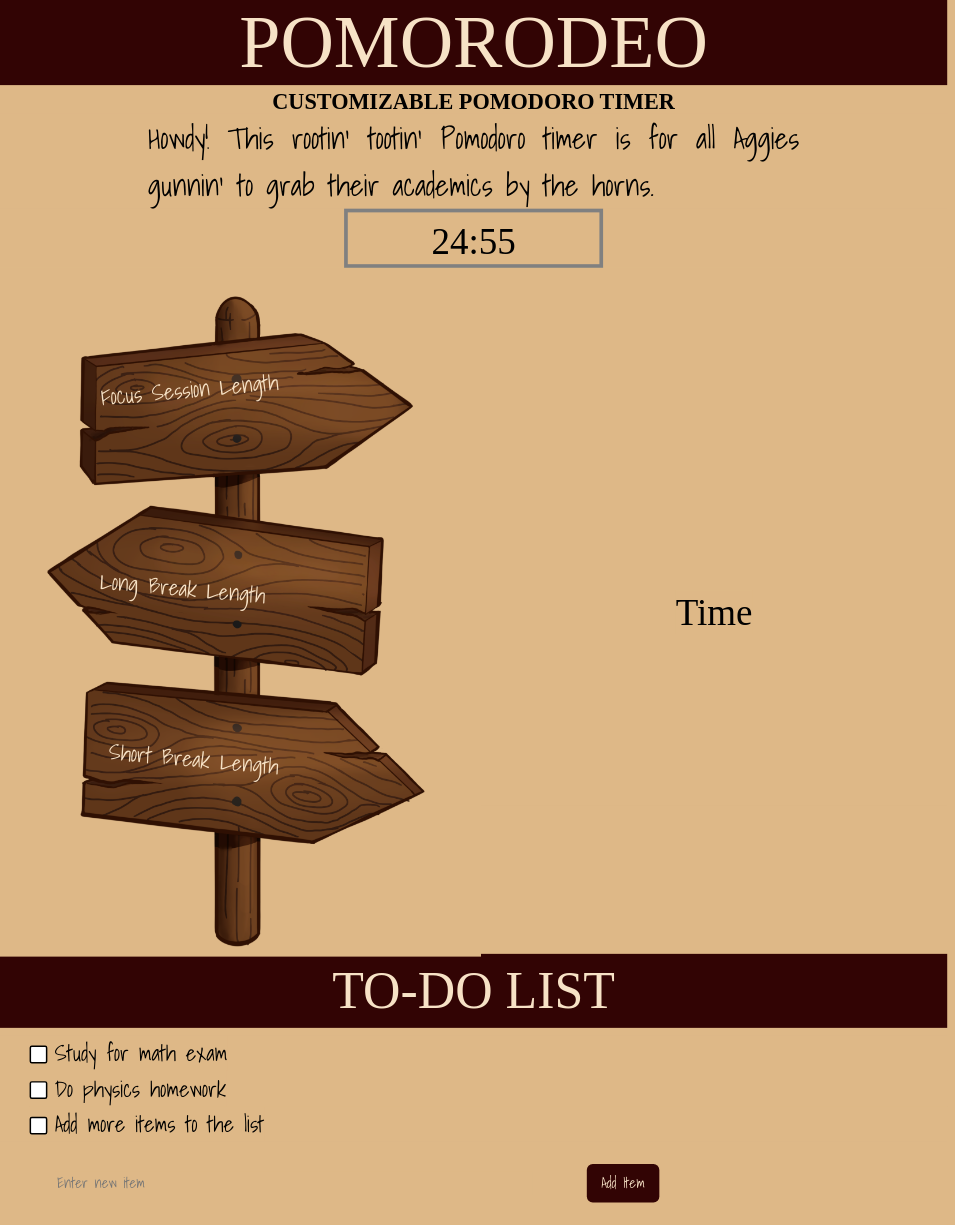
Repository: riya10483/pomodoro
Page: pomorodeo.html
An editor plug-in stored every save of this project. The page is shown before and after the next save, followed by the edit.
The browser window is 1280 px wide. The page is 1290 px wide, so the pictures cover 1290 px, including what lies to the right of the window. The pictures show the whole page, at 74% of full size.
Some web fonts or font styles are not loaded; a fallback is used.

Above is the page before, as saved 2024-09-29 00:00:48.
Console error: SyntaxError: Identifier 'startTiming' has already been declared

After the next save:
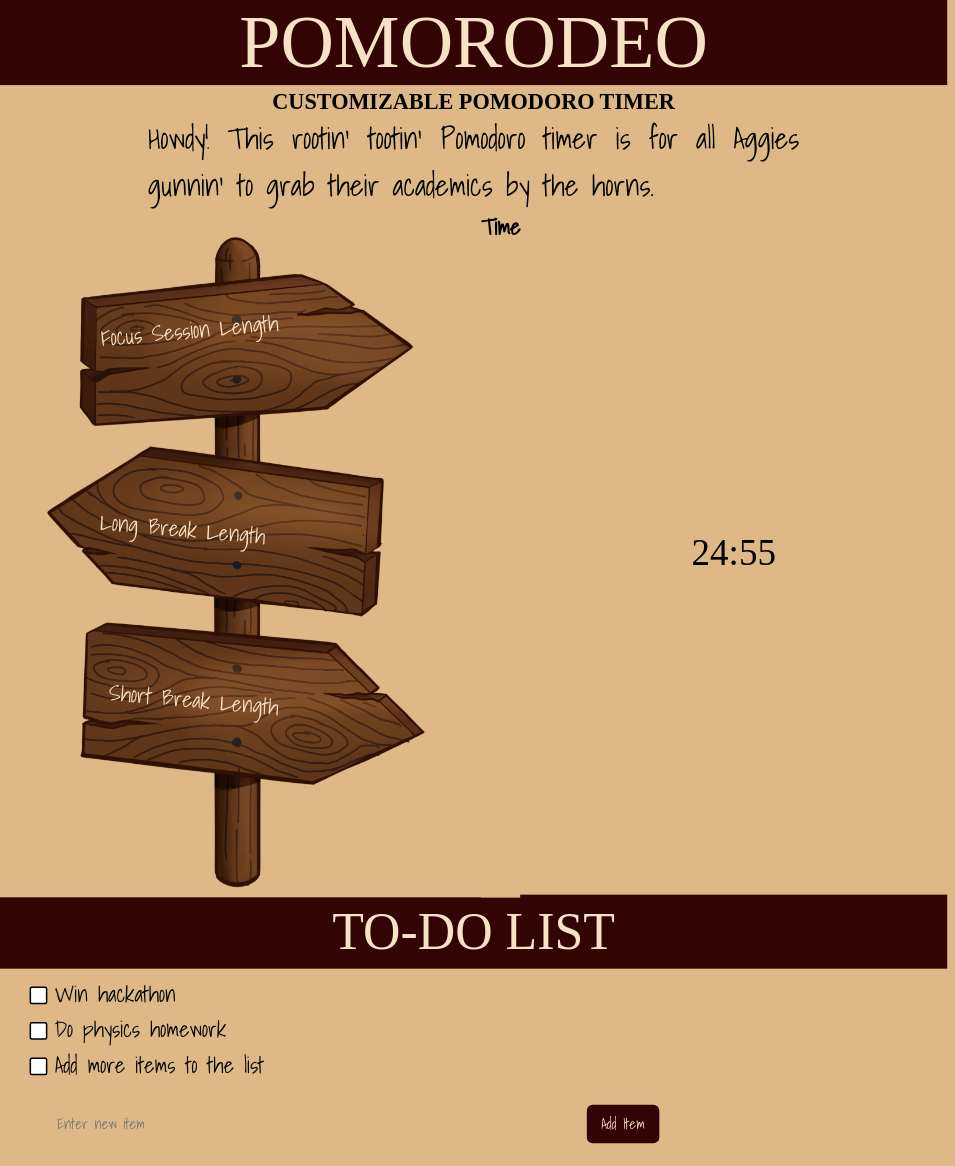
Saved 17 s later.
--- a/pomorodeo.html
+++ b/pomorodeo.html
@@ -1,5 +1,6 @@
 <!DOCTYPE html>
 <html lang="en">
+
 <head>
     <meta charset="UTF-8">
     <style>
@@ -19,26 +20,27 @@
 
 <body>
 
-<h1 class="title">POMORODEO</h1>
-<h2 class="heading">CUSTOMIZABLE POMODORO TIMER</h2>
-<p class = "paragraph">Howdy! This rootin' tootin' Pomodoro timer is for all
-    Aggies gunnin' to grab their academics by the horns.
-</p>
-<p id="timer" class = "timer_border">Timer</p>
-<div class="image-and-text">
-    <img src="wood.png" id="wooden-sign" alt="Wild West Sign" width="650px">
-    <p id="timer">Time</p>
-</div>
+    <h1 class="title">POMORODEO</h1>
+    <h2 class="heading">CUSTOMIZABLE POMODORO TIMER</h2>
+    <p class="paragraph">Howdy! This rootin' tootin' Pomodoro timer is for all
+        Aggies gunnin' to grab their academics by the horns.
+    </p>
 
-<div class="sign-labels">
-    <p class="focus-session">Focus Session Length<br><br><br><br><br><br></p>
-    <p class="long-break">Long Break Length<br><br><br><br><br></p>
-    <p class="short-break">Short Break Length</p>
-</div>
+    <div class="image-and-text">
+        <img src="wood.png" id="wooden-sign" alt="Wild West Sign" width="650px">
+        <h3>Time</h3>
+        <p id="timer">Time</p>
+    </div>
+
+    <div class="sign-labels">
+        <p class="focus-session">Focus Session Length<br><br><br><br><br><br></p>
+        <p class="long-break">Long Break Length<br><br><br><br><br></p>
+        <p class="short-break">Short Break Length</p>
+    </div>
 
 <div id="todo">TO-DO LIST</div>
     <ul id="checklist">
-        <li><input type="checkbox" id="item1"><label for="item1">Study for math exam</label></li>
+        <li><input type="checkbox" id="item1"><label for="item1">Win hackathon</label></li>
         <li><input type="checkbox" id="item2"><label for="item2">Do physics homework</label></li>
         <li><input type="checkbox" id="item3"><label for="item3">Add more items to the list</label></li>
     </ul>
